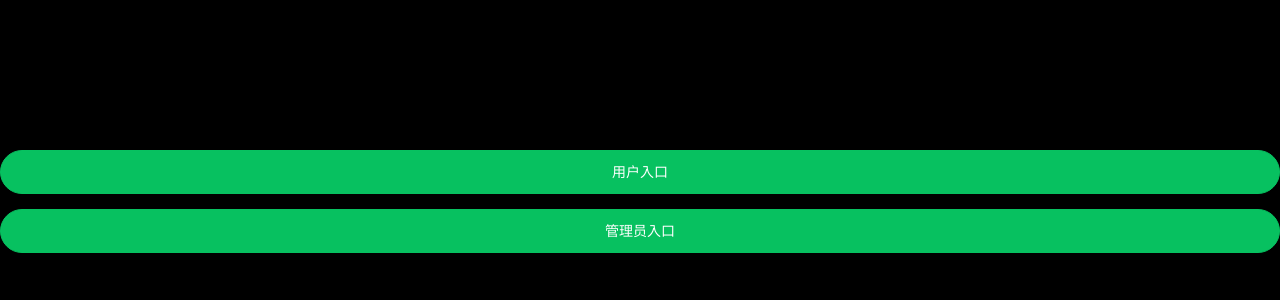
Repository: fisher002/sports
Page: /
An editor plug-in stored every save of this project. The page is shown before and after the next save, followed by the edit.
The browser window is 1280 px wide. The pictures show the whole page.
The project was rebuilt for these pictures with package versions that can differ from the ones it lists, and the page was loaded fresh each time. Also part of the build but not shown: src/components/public/bottom.vue, src/views/mobile-index/indexUrl.js, src/views/mobile-admin/admin-login/loginUrl.js, src/components/public/top.vue, src/views/mobile-index/mobileIndex.vue, src/utils/comUtils.js, src/views/mobile-index/index.vue, src/views/mobile-index/detailcompate.vue and 68 more.

Above is the page before, as saved 2020-05-04 13:01:44.

After the next save:
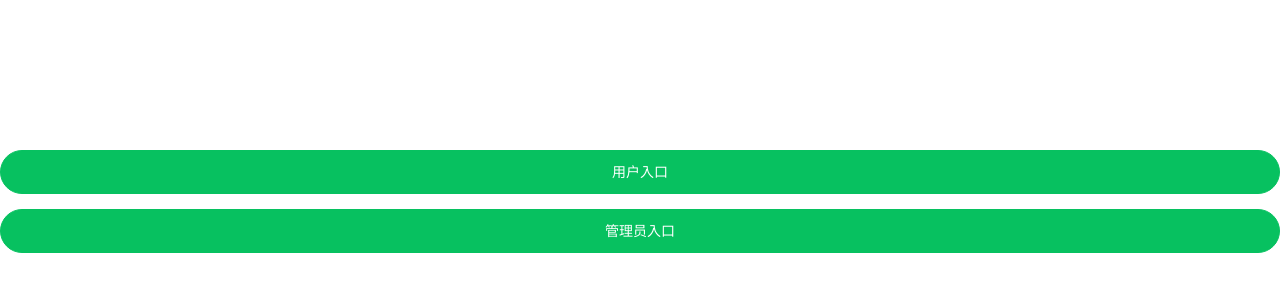
Saved 105 s later.
--- a/src/views/index.vue
+++ b/src/views/index.vue
@@ -18,10 +18,16 @@ export default {
     };
   },
   created() {
-    this.height = document.documentElement.clientHeight;
-    this.width = document.documentElement.clientWidth;
+    // this.height = document.documentElement.clientHeight;
+    // this.width = document.documentElement.clientWidth;
   },
   mounted() {
+    window.onresize = () => {
+      return (() => {
+        this.height = document.documentElement.clientHeight;
+        this.width = document.documentElement.clientWidth;
+      })();
+    };
     this.canvas = this.$refs.myCanvas;
     this.canvas.height = this.height;
     this.canvas.width = this.width;
